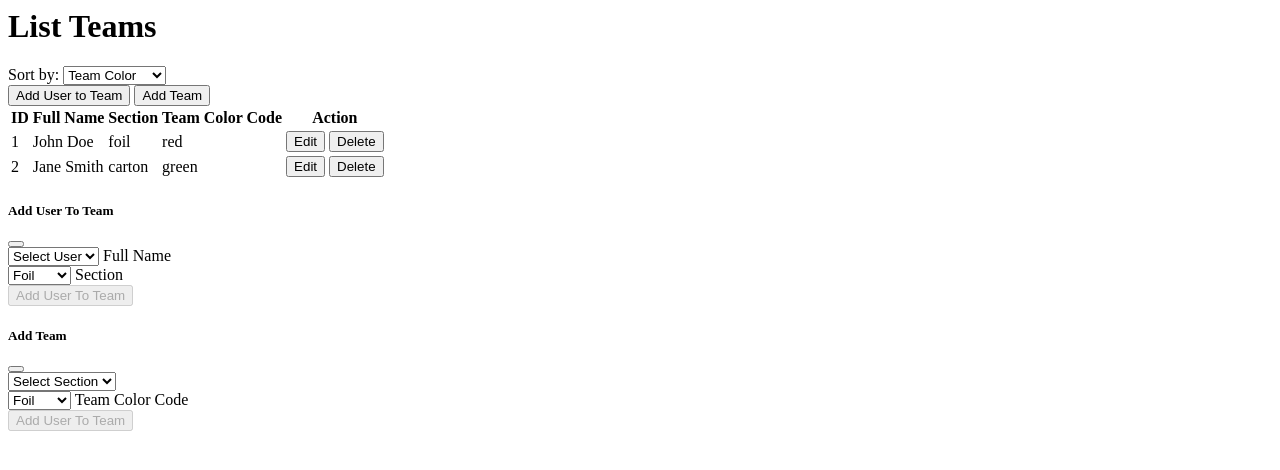
Repository: Daigtas/Shiftman
Page: partials/list-teams.html
The author's editor kept a copy of each file at every save. The page is drawn from the files as they stood at one save, then again after the next save.
The browser window is 1280 px wide. The pictures show the whole page.

Above is the page before, as saved 2025-02-04 12:36:22.

### partials/list-teams.html
<h1 data-translate-key="listteamstitle">List Teams</h1>
<div class="container-fluid mt-4">
    <div class="btn-toolbar mb-3" role="toolbar" aria-label="Toolbar with button groups">
        <div class="input-group">
            <label class="input-group-text" for="sortSelect" data-translate-key="sortby">Sort by:</label>
            <select class="form-select" id="sortSelect">
                <option value="teamcolor" data-translate-key="sortbyteamcolor">Team Color</option>
                <option value="teamsection" data-translate-key="sortbyteamsection">Team Section</option>
                <option value="fullname" data-translate-key="sortbyfullname">fullname</option>
            </select>
        </div>
        <button type="button" class="btn btn-primary ml-3" data-bs-toggle="modal" data-bs-target="#addusertoTeamModal" data-translate-key="addusertoteam">Add User to Team</button>
        <button type="button" class="btn btn-primary ml-3" data-bs-toggle="modal" data-bs-target="#addTeamModal" data-translate-key="addteam">Add Team</button>

    </div>
    <div class="table-responsive">
        <table class="table table-bordered table-striped" id="usersTable">
            <thead class="thead-dark">
                <tr>
                    <th scope="col" data-translate-key="id">ID</th>
                    <th scope="col" data-translate-key="fullname">Full Name</th>
                    <th scope="col" data-translate-key="section">Section</th>
                    <th scope="col" data-translate-key="teamcolorcode">Team Color Code</th>
                    <th scope="col" data-translate-key="action">Action</th>
                </tr>
            </thead>
            <tbody>
                <!-- Example data, replace with dynamic data -->
                <tr>
                    <td>1</td>
                    <td>John Doe</td>
                    <td>foil</td>
                    <td>red</td>
                    <td>
                        <button class="btn btn-warning btn-sm" data-translate-key="edit">Edit</button>
                        <button class="btn btn-danger btn-sm" data-translate-key="delete">Delete</button>
                    </td>
                </tr>
                <tr>
                    <td>2</td>
                    <td>Jane Smith</td>
                    <td>carton</td>
                    <td>green</td>
                    <td>
                        <button class="btn btn-warning btn-sm" data-translate-key="edit">Edit</button>
                        <button class="btn btn-danger btn-sm" data-translate-key="delete">Delete</button>
                    </td>
                </tr>
                <!-- Add more rows as needed -->
            </tbody>
        </table>
    </div>
</div>

<!-- Add User to Team Modal -->
<div class="modal fade" id="addusertoTeamModal" tabindex="-1" aria-labelledby="addUserModalLabel" aria-hidden="true">
    <div class="modal-dialog">
        <div class="modal-content">
            <div class="modal-header">
                <h5 class="modal-title" id="addUserToTeamModalLabel" data-translate-key="addusertoteam">Add User To Team</h5>
                <button type="button" class="btn-close" data-bs-dismiss="modal" aria-label="Close"></button>
            </div>
            <div class="modal-body">
                <form id="addUserForm">
                    <div class="form-floating mb-3">
                        <select class="form-select" id="userFullName" required>
                            <option value="" disabled selected data-translate-key="selectuser">Select User</option>
                            <option value="john_doe" data-translate-key="johndoe">John Doe</option>
                            <option value="jane_smith" data-translate-key="janesmith">Jane Smith</option>
                            <!-- Add more options as needed -->
                        </select>
                        <label for="userFullName" data-translate-key="fullname">Full Name</label>
                    </div>
                    <div class="form-floating mb-3">
                        <select class="form-select" id="section" required>
                            <option value="foil" data-translate-key="foil">Foil</option>
                            <option value="carton" data-translate-key="carton">Carton</option>
                        </select>
                        <label for="section" data-translate-key="section">Section</label>
                    </div>
                    <button type="submit" class="btn btn-primary" id="addUserSubmit" disabled data-translate-key="addusertoteam">Add User To Team</button>
                </form>
            </div>
        </div>
    </div>
</div>
<!-- Add User to Team Modal -->
<div class="modal fade" id="addTeamModal" tabindex="-1" aria-labelledby="addTeamModalLabel" aria-hidden="true">
    <div class="modal-dialog">
        <div class="modal-content">
            <div class="modal-header">
                <h5 class="modal-title" id="addTeamModalLabel" data-translate-key="addteam">Add Team</h5>
                <button type="button" class="btn-close" data-bs-dismiss="modal" aria-label="Close"></button>
            </div>
            <div class="modal-body">
                <form id="addUserForm">
                    <div class="form-floating mb-3">
                        <select class="form-select" id="userFullName" required>
                            <option value="" disabled selected data-translate-key="selectsection">Select Section</option>
                            <option value="Foil" data-translate-key="selectsectionfoil">Foil</option>
                            <option value="Carton" data-translate-key="selectsectioncarton">Carton</option>
                        </select>
                    </div>
                    <div class="form-floating mb-3">
                        <select class="form-select" id="teamcolorcode" required>
                            <option value="foil" data-translate-key="foil">Foil</option>
                            <option value="carton" data-translate-key="carton">Carton</option>
                        </select>
                        <label for="teamcolorcode" data-translate-key="teamcolorcode">Team Color Code</label>
                    </div>
                    <button type="submit" class="btn btn-primary" id="addUserSubmit" disabled data-translate-key="addusertoteam">Add User To Team</button>
                </form>
            </div>
        </div>
    </div>
</div>

<link rel="stylesheet" href="css/register-user.css">

### css/register-user.css
/* jQuery UI styling */
.ui-state-hover {
    background-color: #e2e6ea !important;
}

.ui-state-active {
    background-color: #d6d8db !important;
}

/* Modal styling */
#addUserModal {
    display: none;
    z-index: 1050; /* Ensure the modal is on the top layer */
}

After the next save:
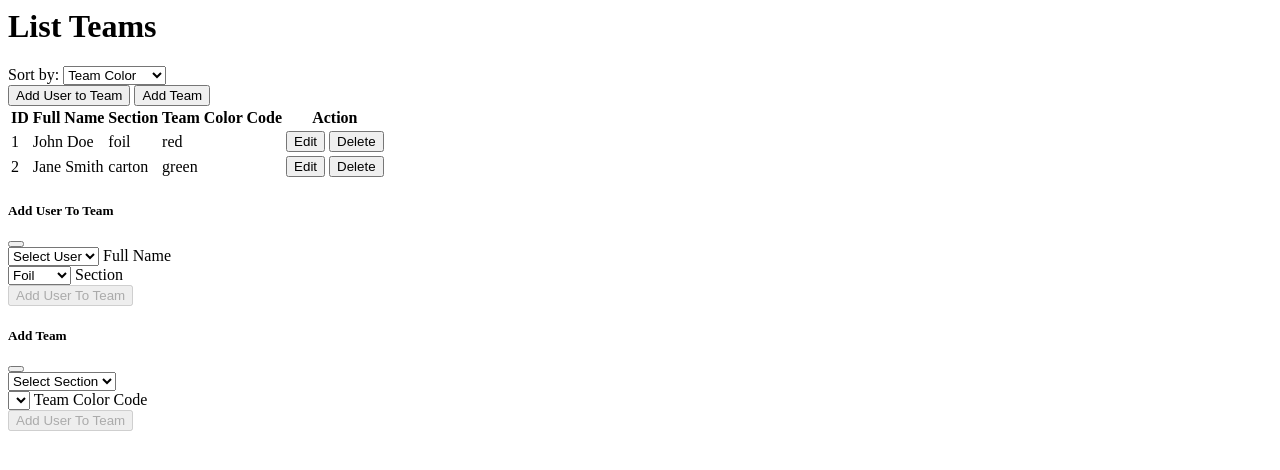
Saved 5 s later.
--- a/partials/list-teams.html
+++ b/partials/list-teams.html
@@ -103,8 +103,6 @@
                     </div>
                     <div class="form-floating mb-3">
                         <select class="form-select" id="teamcolorcode" required>
-                            <option value="foil" data-translate-key="foil">Foil</option>
-                            <option value="carton" data-translate-key="carton">Carton</option>
                         </select>
                         <label for="teamcolorcode" data-translate-key="teamcolorcode">Team Color Code</label>
                     </div>
